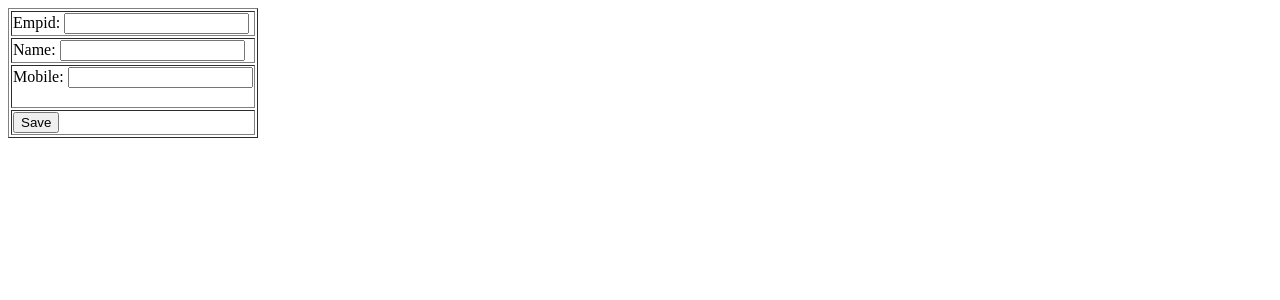
Repository: Suknaina/Repo
Page: MockServlet/src/main/webapp/Home.html
An editor plug-in stored every save of this project. The page is shown before and after the next save, followed by the edit.
The browser window is 1280 px wide. The pictures show the whole page.

Above is the page before, as saved 2023-05-23 17:07:54.

### MockServlet/src/main/webapp/Home.html
<!DOCTYPE html>
<html>
<head>
<meta charset="ISO-8859-1">
<title>Insert title here</title>
</head>
<body>

	<table border="1px">
		<form action="" method="post">
			<tr>
				<td>Empid: <input type="number" name="empid"><br>
				</td>
			</tr>
			<tr>
				<td>Name: <input type="text" name="name"><br>
				</td>
			</tr>
			<tr>
				<td>Mobile: <input type="number" name="mobile"><br>
				<br>
				</td>
			</tr>
			<tr>
			<td>
			<button>Save</button>
			</td>
			</tr>
		</form>
	</table>
</body>
</html>

After the next save:
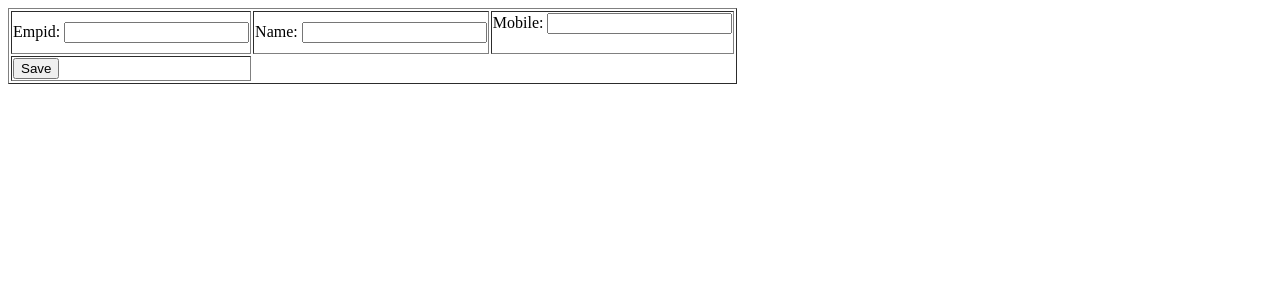
Saved 22 s later.
--- a/MockServlet/src/main/webapp/Home.html
+++ b/MockServlet/src/main/webapp/Home.html
@@ -11,12 +11,10 @@
 			<tr>
 				<td>Empid: <input type="number" name="empid"><br>
 				</td>
-			</tr>
-			<tr>
+
 				<td>Name: <input type="text" name="name"><br>
 				</td>
-			</tr>
-			<tr>
+
 				<td>Mobile: <input type="number" name="mobile"><br>
 				<br>
 				</td>
